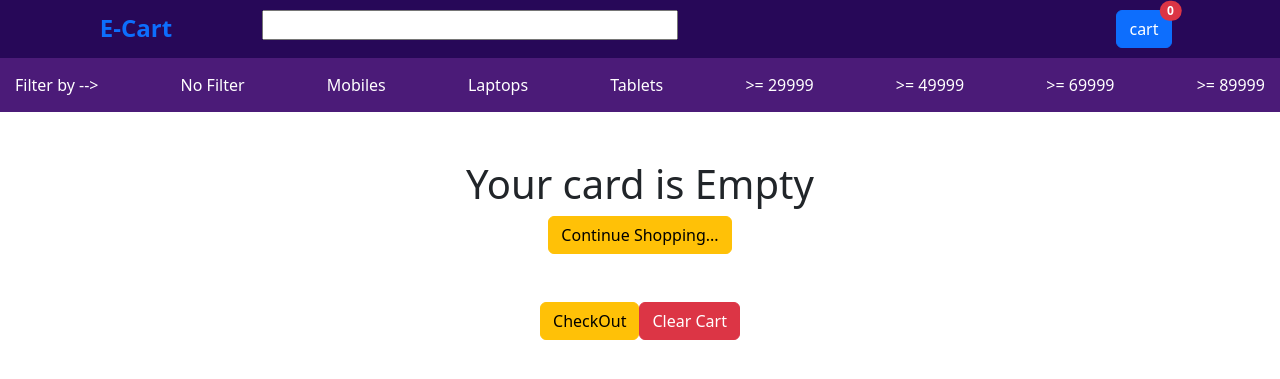
Repository: AMIT1439027/React-ECommerce-cart
Page: /cart
An editor plug-in stored every save of this project. The page is shown before and after a run of saves, followed by the edit.
The browser window is 1280 px wide. The pictures show the whole page.
The project was rebuilt for these pictures with package versions that can differ from the ones it lists, and the page was loaded fresh each time. Also part of the build but not shown: vite.config.js, src/components/Product.jsx, src/components/ProductDetail.jsx, src/components/Searchitem.jsx.

Above is the page before, as saved 2024-03-14 10:48:40.

After the next 5 saves:
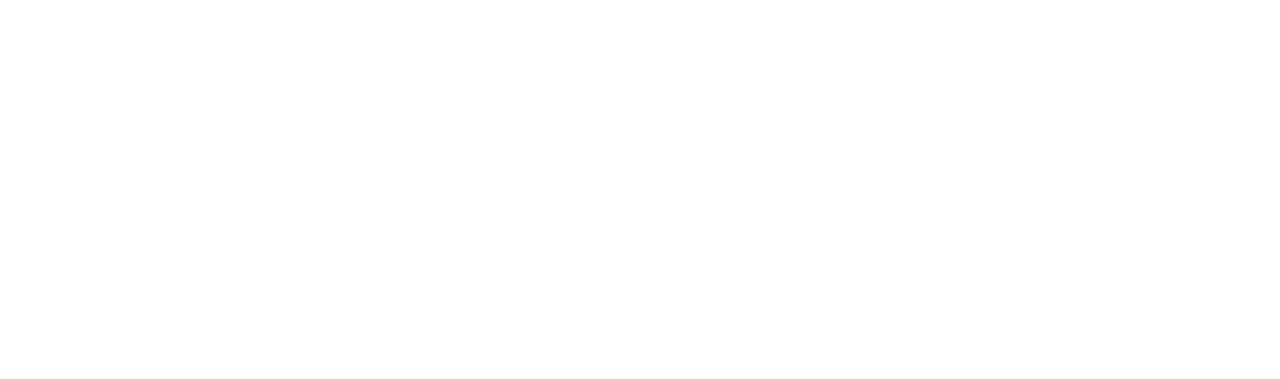
Console error: ReferenceError: display is not defined
The 5 saves are shown as one change because they came seconds apart.
The last was saved 18 s later.
--- a/src/components/Cart.jsx
+++ b/src/components/Cart.jsx
@@ -43,7 +43,7 @@
         )}
       </div>
 
-      <div className="container text-center my-5">
+      <div className="container text-center my-5" style={{display}}>
         <button className="btn btn-warning">CheckOut</button>
         <button onClick={()=>setCart("")} className="btn btn-danger">Clear Cart</button>
       </div>

After the 2 saves that followed:
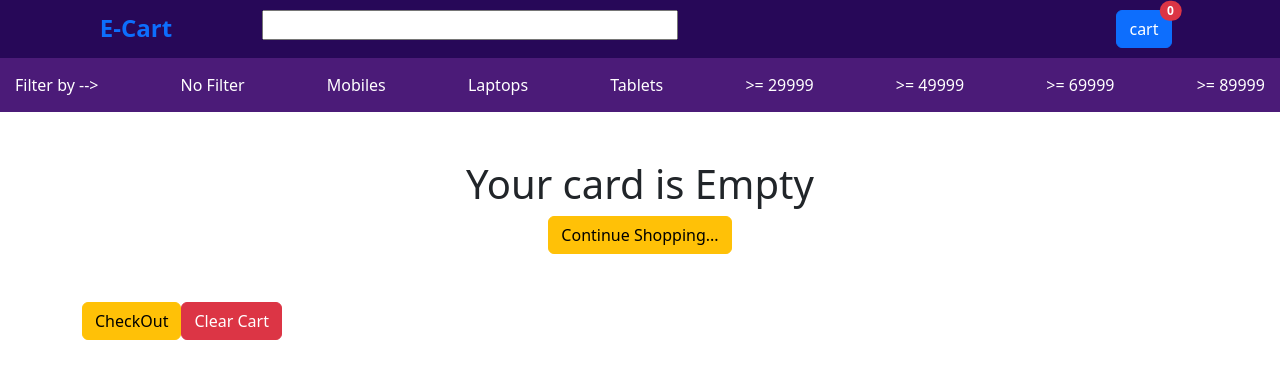
The error is gone.
The 2 saves are shown as one change because they came seconds apart.
The last was saved 7 s later.
--- a/src/components/Cart.jsx
+++ b/src/components/Cart.jsx
@@ -43,7 +43,7 @@
         )}
       </div>
 
-      <div className="container text-center my-5" style={{display}}>
+      <div className="container text-center my-5" style={{display:'flex'}}>
         <button className="btn btn-warning">CheckOut</button>
         <button onClick={()=>setCart("")} className="btn btn-danger">Clear Cart</button>
       </div>
